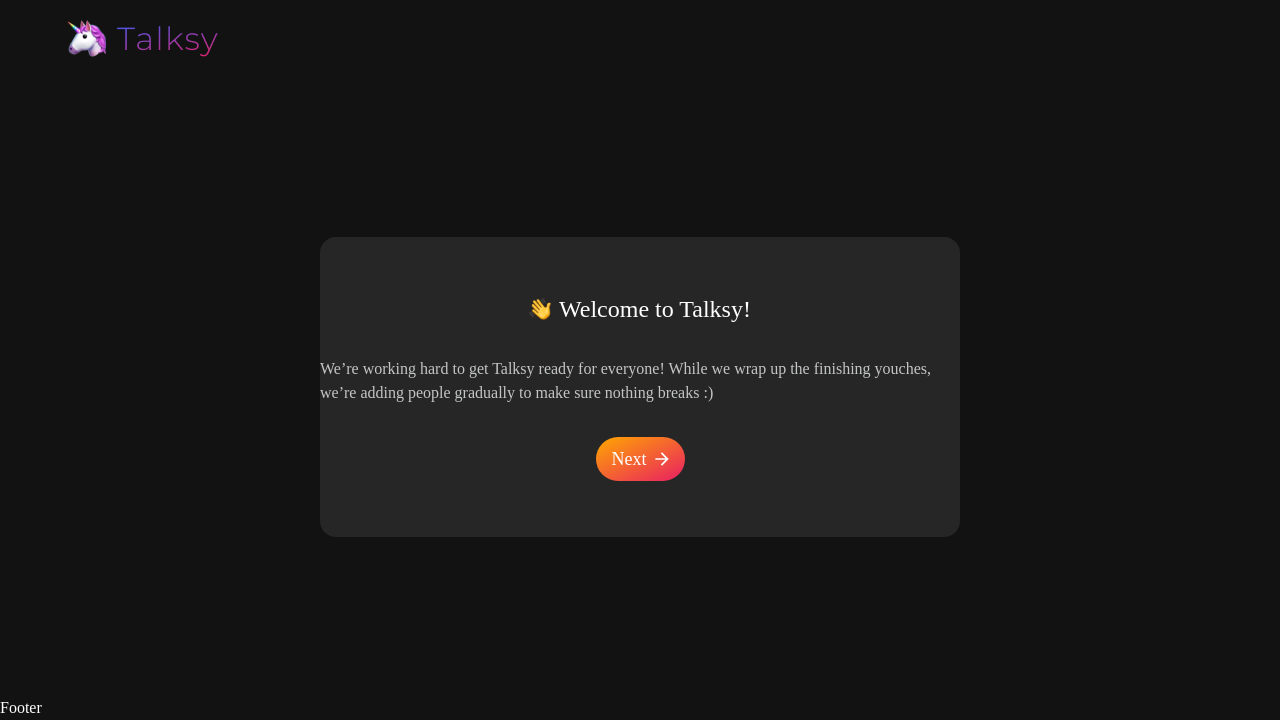
Repository: Krishna-bansall/Talksy
Page: /
These files come from the project's save history. The page is drawn as it stood at one moment and after the next save; the edit follows.
The browser window is 1280 px wide. The pictures show the whole page.
The project was rebuilt for these pictures with package versions that can differ from the ones it lists, and the page was loaded fresh each time. The framework's server and built-in components were replaced by stand-ins that run in the browser. Also part of the build but not shown: next.config.js.

Above is the page before, as saved 2022-05-19 17:45:47.

### pages/index.tsx
import type { NextPage } from 'next'
import Image from 'next/image'
import { Card } from '../components/CardVariants'
import wave from '../public/Images/emojis/wave.svg'
import arrow from '../public/Images/emojis/arrow.svg'
import IconButton from '../components/IconButton'

const Home: NextPage = () => {
  return (
    <div className="w-1/2">
      <Card>
        <div className="my-4 flex justify-center ">
          <Image src={wave} />
          <h1 className="ml-2 text-2xl font-light">Welcome to Talksy!</h1>
        </div>
        <div className="my-4 flex justify-center ">
          <p className="px-0 text-txtSecondary">
            We’re working hard to get Talksy ready for everyone! While we wrap
            up the finishing youches, we’re adding people gradually to make sure
            nothing breaks :)
          </p>
        </div>
        <div className="my-4 flex justify-center ">
          <IconButton buttonText="Next" icon={arrow} route="/auth" />
        </div>
      </Card>
    </div>
  )
}

export default Home

### components/Layout.tsx
import React, { FC, ReactNode } from 'react'
import { Navbar } from './Navbar'

const Layout: FC<ReactNode> = ({ children }) => {
  return (
    <div className="flex min-h-screen flex-col justify-between bg-bgPrimary text-txtPrimary">
      <Navbar />
      <main className="flex min-h-[80vh] flex-col items-center justify-center ">
        {children}
      </main>
      <footer>Footer</footer>
    </div>
  )
}

export default Layout

### components/CardVariants.tsx
import React from 'react'
import Image from 'next/image'
import { ReactNode } from 'react'

// interface IProps {
//   heading: string
//   emoji: HTMLImageElement
//   middleElement?: JSX.Element
//   buttonText?: string
// }

export const Card: React.FC<ReactNode> = ({ children }) => {
  return (
    <div className="fontFamily-primary flex w-full flex-col justify-between rounded-2xl bg-inputBackground py-10">
      {children}
    </div>
  )
}

### components/IconButton.tsx
import React from 'react'

import Link from 'next/link'
import Image from 'next/image'

interface IBtnProps {
  buttonText: string
  icon?: any
  route: string
}
interface IVariantBtnProps {
  icon: any
  isSelected: string
  type: string
  setState: React.Dispatch<React.SetStateAction<string>>
}

const IconButton: React.FC<IBtnProps> = ({ buttonText, icon, route }) => {
  return (
    <Link href={`${route}`}>
      <div
        className="flex cursor-pointer rounded-3xl bg-gradient-to-br from-yellowCustom
      to-pinkCustom py-2 px-4"
      >
        <h2 className="mr-2 text-lg">{buttonText}</h2>
        {icon ? <Image src={icon} /> : null}
      </div>
    </Link>
  )
}

export const IconButtonVariant: React.FC<IVariantBtnProps> = ({
  icon,
  isSelected,
  type,
  setState,
}) => {
  const handleClick = (): void => {
    setState(type)
  }

  return (
    <button onClick={handleClick}>
      <div
        className={`flex h-16 w-16 cursor-pointer items-center justify-center rounded-xl ${
          isSelected === type
            ? 'bg-gradient-to-br from-yellowCustom to-pinkCustom'
            : 'bg-inputBackground'
        } p-2`}
      >
        <Image src={icon} />
      </div>
    </button>
  )
}

export default IconButton

### components/Navbar.tsx
import React from 'react'
import Image from 'next/image'
import Link from 'next/link'

import logo from '../public/Images/logo.png'

export const Navbar = () => {
  return (
    <div className="px-16 py-4">
      <Link href="/">
        <Image className="cursor-pointer" src={logo} />
      </Link>
    </div>
  )
}

### tailwind.config.js
module.exports = {
  content: [
    './pages/**/*.{js,ts,jsx,tsx}',
    './components/**/*.{js,ts,jsx,tsx}',
  ],
  theme: {
    colors: {
      bgPrimary: '#121212',
      bgSecondary: '#1D1D1D',
      txtPrimary: '#fff',
      txtSecondary: '#C4C5C5',
      blueCustom: '#0077FF',
      purpleCustom: '#5453E0',
      greenCustom: '#20BD5F',
      yellowCustom: '#FFA800',
      redCustom: '#F44336',
      pinkCustom: '#E91E63',
      borderLines: '#323232',
      inputBackground: '#262626',
    },
    fontFamily: {
      sans: ['Poppins'],
      secondarySans: ['Montserrat'],
    },
    extend: {},
  },
  plugins: [],
}

Loaded but not shown: pages/_app.tsx (common file); styles/globals.css (common file)

After the next save:
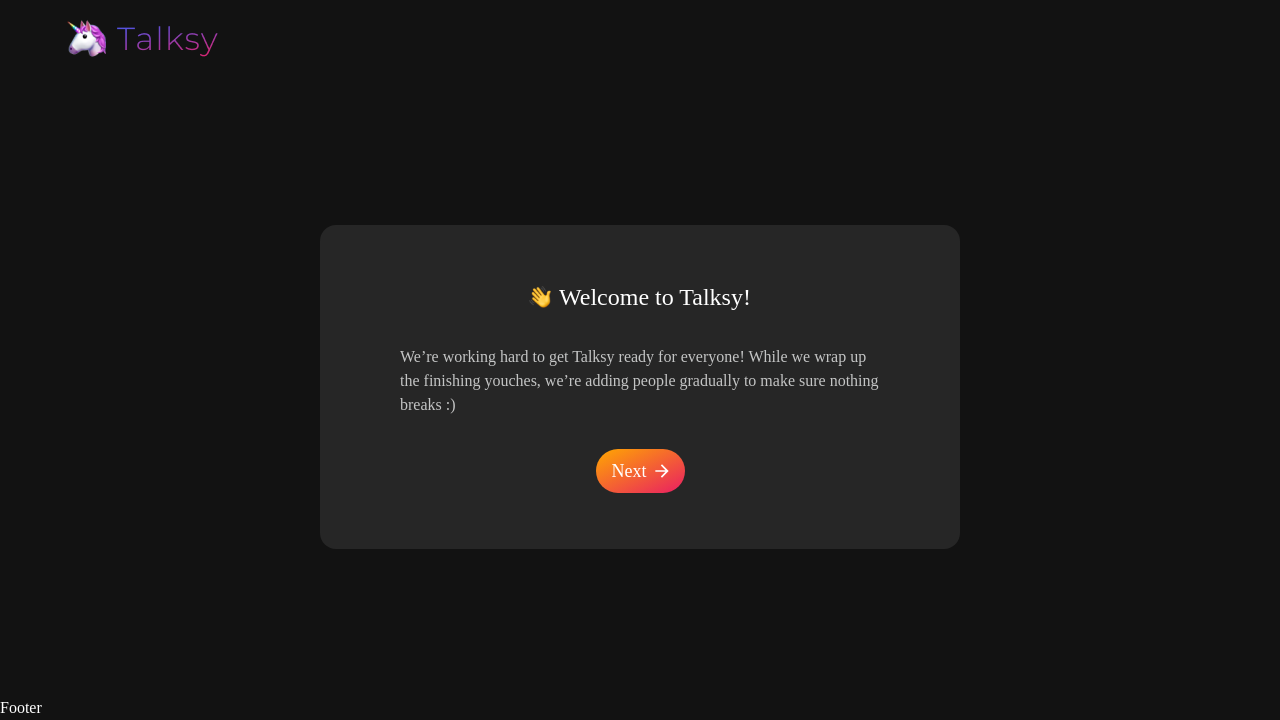
Saved 2 s later.
--- a/pages/index.tsx
+++ b/pages/index.tsx
@@ -14,7 +14,7 @@
           <h1 className="ml-2 text-2xl font-light">Welcome to Talksy!</h1>
         </div>
         <div className="my-4 flex justify-center ">
-          <p className="px-0 text-txtSecondary">
+          <p className="px-20 text-txtSecondary">
             We’re working hard to get Talksy ready for everyone! While we wrap
             up the finishing youches, we’re adding people gradually to make sure
             nothing breaks :)
